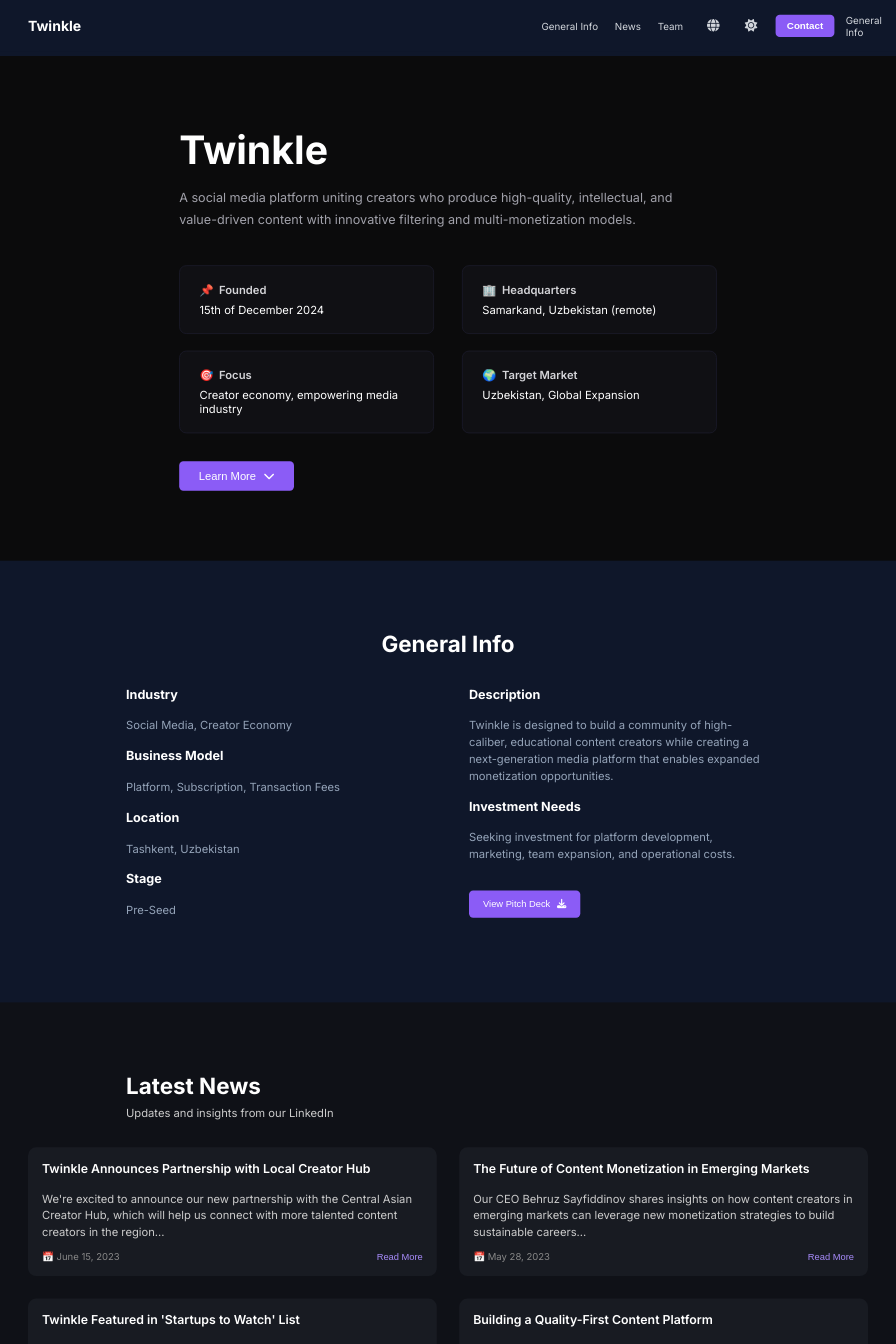
Repository: techboy-33/Twinkle-web
Page: index.html
An editor plug-in stored every save of this project. The page is shown before and after the next save, followed by the edit.
The browser window is 1280 px wide. The pictures show the part of the page from y = 0 to 1920 px (the page is 4555 px tall), at 70% of full size.

Above is the page before, as saved 2025-05-26 14:02:05.

After the next save:
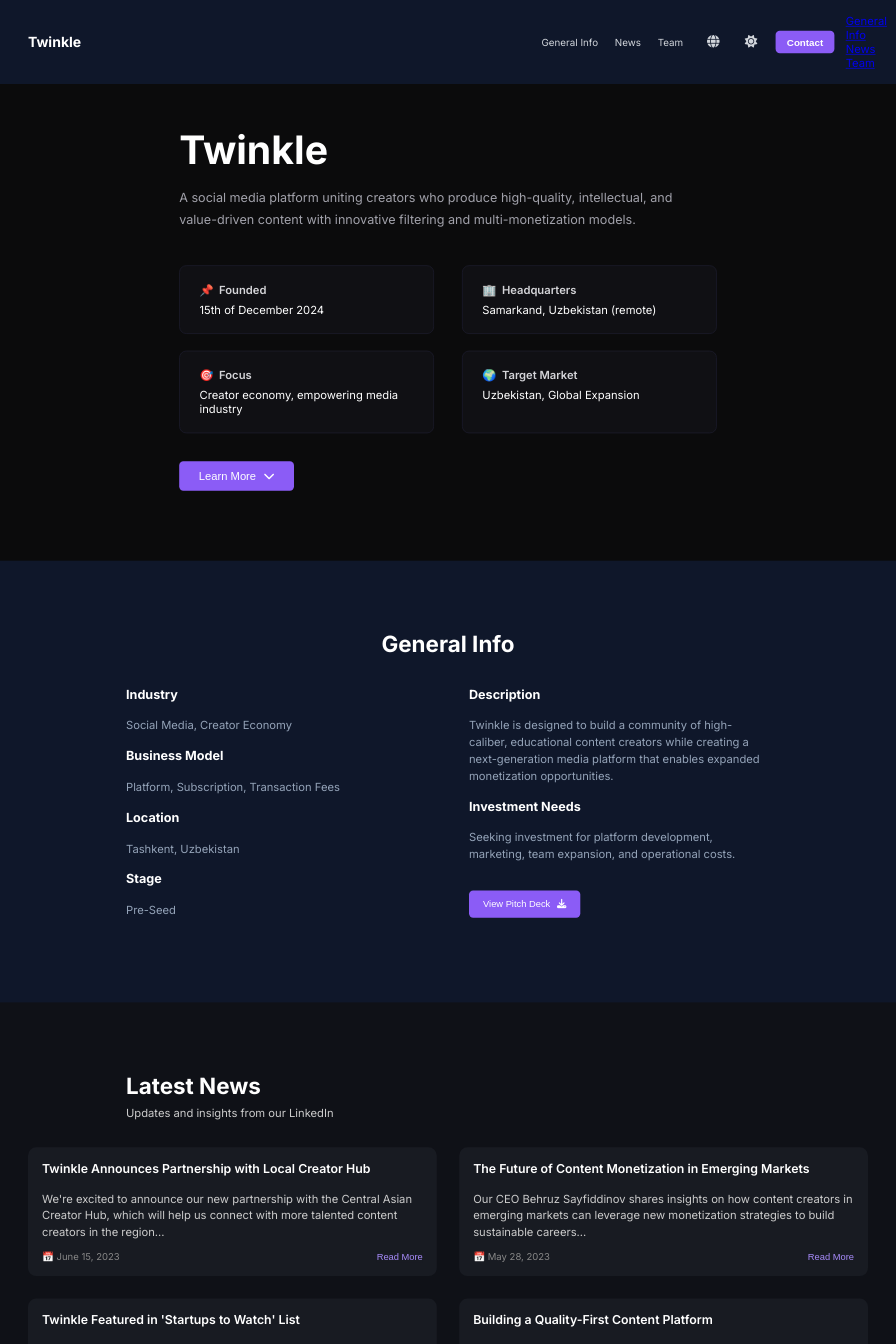
Saved 36 s later.
--- a/index.html
+++ b/index.html
@@ -42,7 +42,7 @@
                     <button class="hamburger-menu" id="menu-toggle">
                         <i class="fa-solid fa-bars"></i>
                     </button>
-                    <nav class="nav-links mobile-menu" id="mobileMenu">
+                    <nav class="mobile-menu" id="mobileMenu">
                         <a href="#general-info">General Info</a>
                         <a href="#news-section">News</a>
                         <a href="#team-section">Team</a>

After the save that followed:
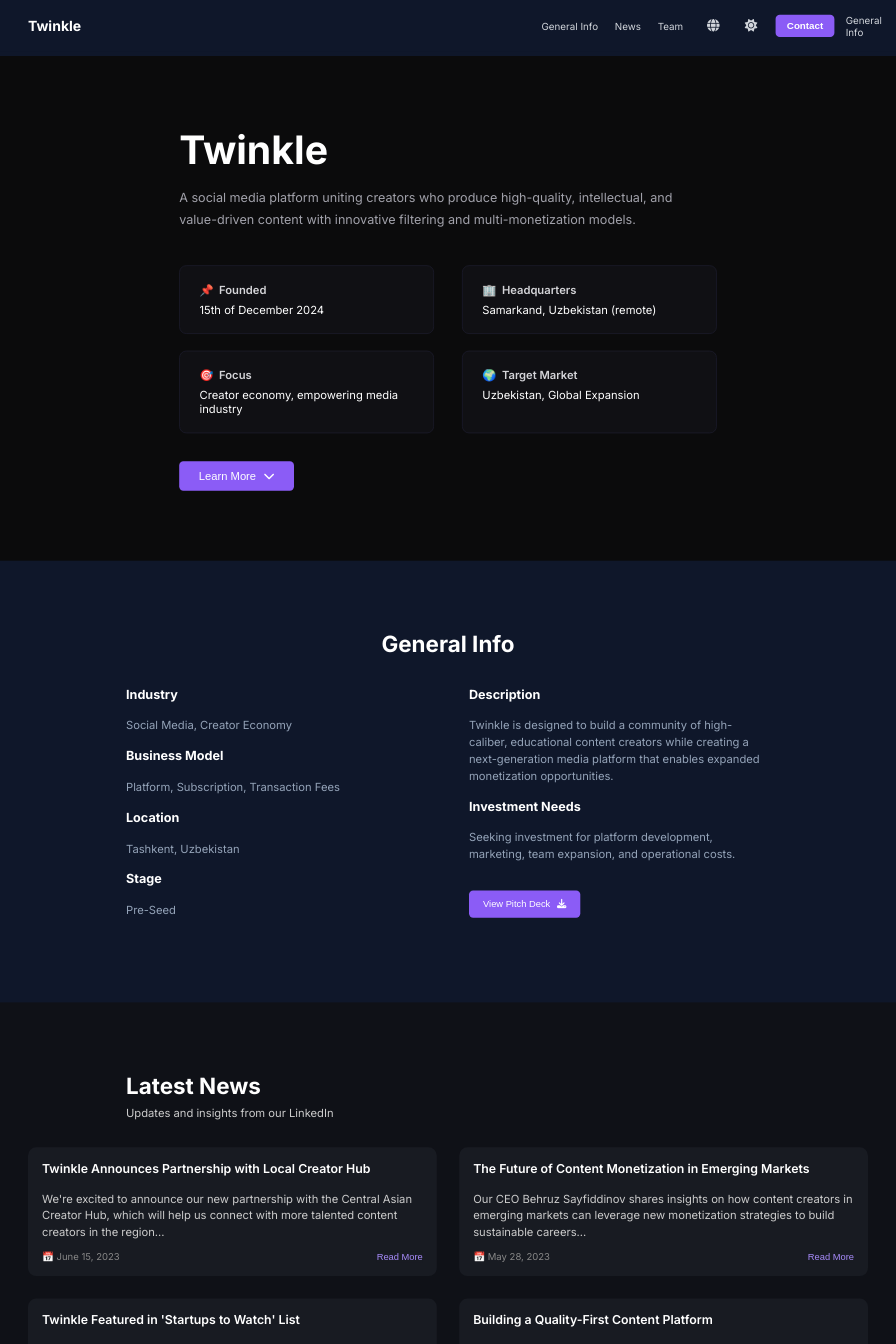
Saved 13 s later.
--- a/index.html
+++ b/index.html
@@ -42,7 +42,7 @@
                     <button class="hamburger-menu" id="menu-toggle">
                         <i class="fa-solid fa-bars"></i>
                     </button>
-                    <nav class="mobile-menu" id="mobileMenu">
+                    <nav class="nav-links mobile-menu" id="mobileMenu">
                         <a href="#general-info">General Info</a>
                         <a href="#news-section">News</a>
                         <a href="#team-section">Team</a>
